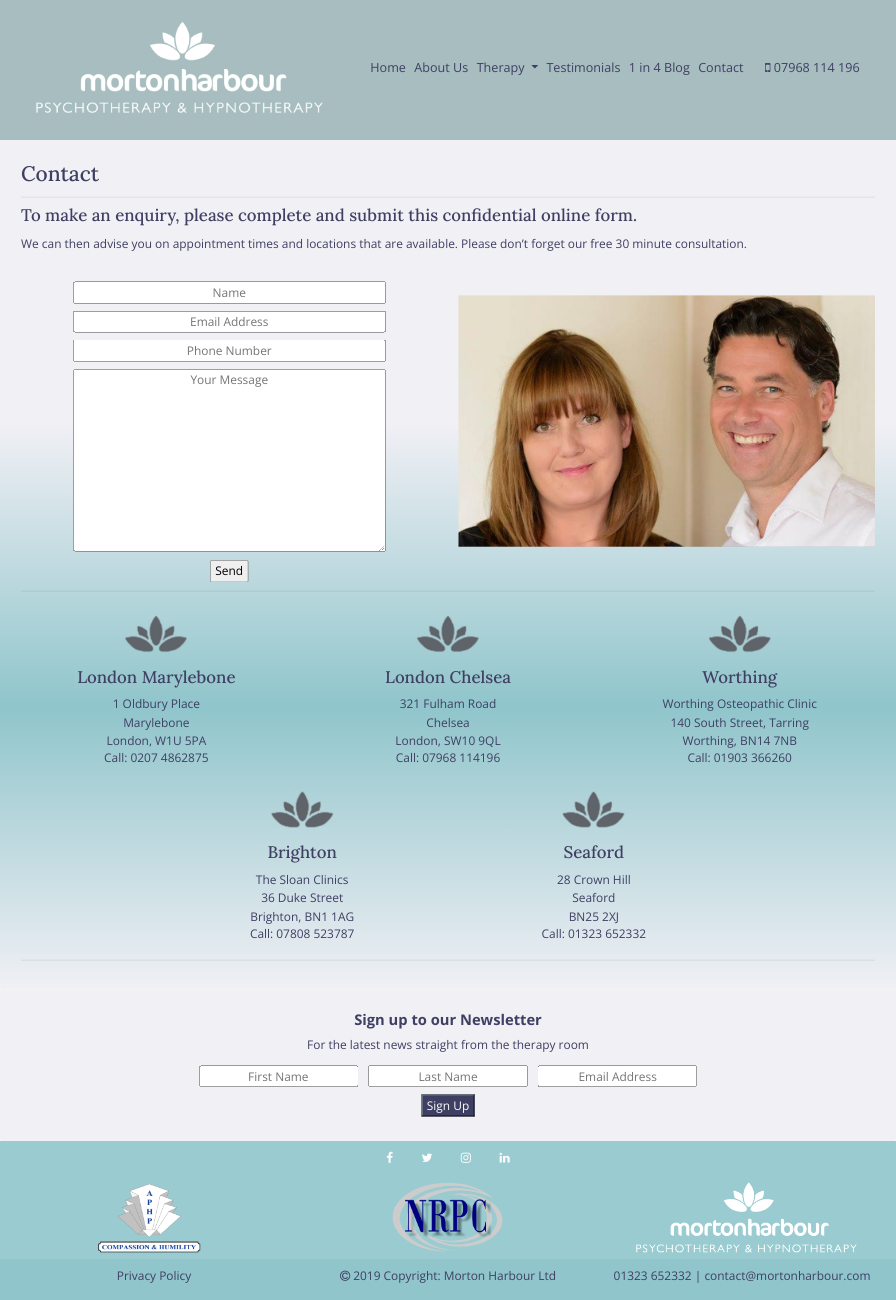
Repository: Code-Institute-Submissions/mortonharbour
Page: contact.html
The author's editor kept a record of every edit. The page is drawn from the files as they stood at one moment, then again after the next edit.
The browser window is 1280 px wide. The pictures show the whole page, at 70% of full size.
Some web libraries are served in a nearby version.

Above is the page before.

### contact.html
<!DOCTYPE html>
<html lang="en">

<head>
    <meta charset="UTF-8">
    <meta name="viewport" content="width=device-width, initial-scale=1.0">
    <meta http-equiv="X-UA-Compatible" content="ie=edge">

    <!--Links to Bootstrap, JavaScript and FontAwesome cdn, customer style.css file-->
    <link rel="stylesheet" href="https://stackpath.bootstrapcdn.com/bootstrap/4.4.0/css/bootstrap.min.css" integrity="sha384-SI27wrMjH3ZZ89r4o+fGIJtnzkAnFs3E4qz9DIYioCQ5l9Rd/7UAa8DHcaL8jkWt" crossorigin="anonymous">
    <link rel="stylesheet" href="https://stackpath.bootstrapcdn.com/font-awesome/4.7.0/css/font-awesome.min.css" type="text/css" />
    <script src="https://code.jquery.com/jquery-3.2.1.slim.min.js" integrity="sha384-KJ3o2DKtIkvYIK3UENzmM7KCkRr/rE9/Qpg6aAZGJwFDMVNA/GpGFF93hXpG5KkN" crossorigin="anonymous"></script>
    <script src="https://cdnjs.cloudflare.com/ajax/libs/popper.js/1.11.0/umd/popper.min.js" integrity="sha384-b/U6ypiBEHpOf/4+1nzFpr53nxSS+GLCkfwBdFNTxtclqqenISfwAzpKaMNFNmj4" crossorigin="anonymous"></script>
    <script src="https://maxcdn.bootstrapcdn.com/bootstrap/4.0.0-beta/js/bootstrap.min.js" integrity="sha384-h0AbiXch4ZDo7tp9hKZ4TsHbi047NrKGLO3SEJAg45jXxnGIfYzk4Si90RDIqNm1" crossorigin="anonymous"></script>

    <link rel="stylesheet" href="assets/css/style.css" />

    <title>Contact</title>
</head>

<body>
    <header>
        <div class="container-fluid">
            <nav class="navbar navbar-expand-lg navbar-light">
                <a href="index.html" class="col-sm-4 logo"><span class="sr-only">Go to our home page</span></a>

                <button class="navbar-toggler" type="button" data-toggle="collapse" data-target="#navbarSupportedContent" aria-controls="navbarSupportedContent" aria-expanded="false" aria-label="Toggle navigation">
            <span class="navbar-toggler-icon"></span>
            </button>
                <div class="collapse navbar-collapse justify-content-end" id="navbarSupportedContent">
                    <ul class="navbar-nav">
                        <li class="nav-item active">
                            <a class="nav-link" href="index.html"><span class="sr-only">Go to our home page</span>Home</a>
                        </li>
                        <li class="nav-item active">
                            <a class="nav-link" href="about_us.html"><span class="sr-only">Learn more about us</span>About Us</a>
                        </li>
                        <li class="nav-item dropdown">
                            <a class="nav-link dropdown-toggle" href="therapy.html" id="navbarDropdown" role="button" data-toggle="dropdown" aria-haspopup="true" aria-expanded="false">
                          Therapy
                        </a>
                            <div class="dropdown-menu" aria-labelledby="navbarDropdown">
                                <a class="dropdown-item" href="psychotherapy.html"><span class="sr-only">Find out about psychotherapy we offer</span>Psychotherapy</a>
                                <a class="dropdown-item" href="hypnotherapy.html"><span class="sr-only">Find out about hypnotherapy we offer</span>Hypnotherapy</a>
                                <a class="dropdown-item" href="emergency_therapy.html"><span class="sr-only">Find out about the emergency appointments we can offer</span>Emergency Appointments</a>
                            </div>
                        </li>
                        <li class="nav-item active">
                            <a class="nav-link" href="testimonials.html"><span class="sr-only">Find out what our clients say</span>Testimonials</a>
                        </li>
                        <li class="nav-item active">
                            <a class="nav-link" href="1-in-4_blog.html"><span class="sr-only">1 in 4 Blog</span>1 in 4 Blog</a>
                        </li>
                        <li class="nav-item active">
                            <a class="nav-link" href="contact.html"><span class="sr-only">Contact Us</span>Contact</a>
                        </li>
                    </ul>
                </div>
                <span id="header-mobile"><a href="tel:#"><i class="fa fa-mobile" aria-hidden="true"></i>
                <span class="sr-only">Call us</span>07968 114 196</a>
                </span>
            </nav>
        </div>
    </header>

    <!--Contact form-->

    <section class="contact-us-form">
        <div class="row">
            <div class="col-sm-12 text-left contact-header">
                <h1>Contact</h1>
                <hr>
                <h2>To make an enquiry, please complete and submit this confidential online form.</h2>
                <p>We can then advise you on appointment times and locations that are available. Please don’t forget our free 30 minute consultation.</p>
            </div>
        </div>
        <div class="row">
            <div class="col-sm-6">
                <div>
                    <form action="#" method="post">
                        <fieldset>
                            <input type="text" name="Name" placeholder="Name" id="name-contact" required/><br>
                            <input type="email" name="Email" placeholder="Email Address" id="email-address-contact" required/><br>
                            <input type="tel" name="Number" placeholder="Phone Number" id="phone-number" required/><br>
                            <textarea name="your-message" cols="40" rows="10" id="your-message" aria-invalid="false" placeholder="Your Message"></textarea>
                        </fieldset>
                        <input type="button" value="Send" id="submit-button-1" data-toggle="modal" data-target="#contactModal" />
                    </form>
                </div>
                <div class="modal fade" id="contactModal" tabindex="-1" role="dialog" aria-labelledby="contactModalLabel" aria-hidden="true">
                    <div class="modal-dialog" role="document">
                        <div class="modal-content">
                            <div class="modal-body">
                                <p>Thank you for your message, we will be in contact with you shortly.</p>
                                <button type="button" class="btn btn-secondary" data-dismiss="modal">Close</button>
                            </div>
                        </div>
                    </div>
                </div>
            </div>
            <div class="col-sm-6 order-first order-sm-1 hope-contact">
                <img src="assets/images/magda-christian.PNG" class="therapy-call-out-image" alt="Image of Magda and Christian">
                <span class="sr-only">image of hope</span>
            </div>
        </div>
        <hr>

        <!--End of contact form-->

        <!--Clinic locations-->


        <div class="row">
            <div class="col-sm-4">
                <img src="assets/images/lotus.PNG" alt="lotus logo">
                <h2>London Marylebone</h2>
                <p>1 Oldbury Place<br> Marylebone
                    <br> London, W1U 5PA<br> Call: 0207 4862875</p>
            </div>
            <div class="col-sm-4">
                <img src="assets/images/lotus.PNG" alt="lotus logo">
                <h2>London Chelsea</h2>
                <p>321 Fulham Road<br> Chelsea
                    <br> London, SW10 9QL<br> Call: 07968 114196</p>
            </div>
            <div class="col-sm-4">
                <img src="assets/images/lotus.PNG" alt="lotus logo">
                <h2>Worthing</h2>
                <p>Worthing Osteopathic Clinic<br> 140 South Street, Tarring<br> Worthing, BN14 7NB<br> Call: 01903 366260</p>
            </div>
        </div>
        <div class="row">
            <div class="col-sm-2"></div>
            <div class="col-sm-4">
                <img src="assets/images/lotus.PNG" alt="lotus logo">
                <h2>Brighton</h2>
                <p>The Sloan Clinics<br> 36 Duke Street<br> Brighton, BN1 1AG<br> Call: 07808 523787</p>
            </div>
            <div class="col-sm-4">
                <img src="assets/images/lotus.PNG" alt="lotus logo">
                <h2>Seaford</h2>
                <p>28 Crown Hill<br> Seaford
                    <br> BN25 2XJ<br> Call: 01323 652332</p>
            </div>
            <div class="col-sm-2"></div>
        </div>
        <hr>
    </section>

    <!--End of Clinic locations-->

    <!--Newsletter Sign Up-->

    <section>
        <div class="card testimonial-cards-rose newsletter-signup">
            <form action="#" method="post">
                <div class="div">
                    <h3><b>Sign up to our Newsletter</b></h3>
                    <p>For the latest news straight from the therapy room</p>
                </div>
                <fieldset>
                    <input type="text" name="Name" placeholder="First Name" id="first-name" required/>
                    <input type="text" name="Surname" placeholder="Last Name" id="last-name" required/>
                    <input type="email" name="Email" placeholder="Email Address" id="email-address" required/><br>
                </fieldset>
                <input type="button" value="Sign Up" id="submit-button" data-toggle="modal" data-target="#newsletterModal" />
            </form>
        </div>
        <div class="modal fade" id="newsletterModal" tabindex="-1" role="dialog" aria-hidden="true">
            <div class="modal-dialog" role="document">
                <div class="modal-content">
                    <div class="modal-body">
                        <p>Thank you for siging up to our newsletter.<br> We have sent you an email to confirm your subscription.</p>
                        <button type="button" class="btn btn-secondary" data-dismiss="modal">Close</button>
                    </div>
                </div>
            </div>
        </div>
        </div>
    </section>

    <!--End of Newsletter Sign Up-->

    <footer class="container-fluid">
        <div class="row">
            <div class="col-sm-12">
                <ul class="list-inline text-center social-media-icons">
                    <li class="list-inline-item">
                        <a target="_blank" href="https://www.facebook.com/MortonHarbour/">
                            <i class="fa fa-facebook" aria-hidden="true"></i>
                            <span class="sr-only">Facebook opens in a new window</span>
                        </a>
                    </li>
                    <li class="list-inline-item">
                        <a target="_blank" href="https://twitter.com/mortonharbour">
                            <i class="fa fa-twitter" aria-hidden="true"></i>
                            <span class="sr-only">Twitter opens in a new window</span>
                        </a>
                    </li>
                    <li class="list-inline-item">
                        <a target="_blank" href="https://www.instagram.com/morton_harbour/">
                            <i class="fa fa-instagram" aria-hidden="true"></i>
                            <span class="sr-only">Instagram opens in a new window</span>
                        </a>
                    </li>
                    <li class="list-inline-item">
                        <a target="_blank" href="https://www.linkedin.com/in/magda-harbour-maphp-51b590b4/">
                            <i class="fa fa-linkedin" aria-hidden="true"></i>
                            <span class="sr-only">LinkedIn opens in a new window></span>
                        </a>
                    </li>
                </ul>
            </div>
        </div>
        <div class="row">
            <a href="https://www.aphp.co.uk/" target="_blank" class="col-sm-4 aphp-logo">
                <span class="sr-only">Visit the APHP website, opens in new window</span>
            </a>
            <a href="https://www.nrpc.co.uk/" target="_blank" class="col-sm-4 nrpc-logo">
                <span class="sr-only">Visit the NRPC website, opens in new window</span>
            </a>
            <a href="index.html" class="col-sm-4 footer-logo">
                <span class="sr-only">Go to our home page</span>
            </a>
        </div>
        <div class="row footer-end">
            <div class="col-sm-4 text-center footer-end-item">
                <a href="privacy_policy.html" target="_blank"><span class="sr-only">Please read our privacy policy, opens in new window</span>Privacy Policy</a>
            </div>
            <div class="col-sm-4 text-center">
                <p><i class="fa fa-copyright" aria-hidden="true"></i> 2019 Copyright: Morton Harbour Ltd</p>
            </div>
            <div class="div col-sm-4 text-center footer-end-item">
                <address><a href="tel:+01323652332">01323 652332 | <span class="sr-only">contact number</span></a><a href="mailto:#">contact@mortonharbour.com
                    <span class="sr-only">email address</span>
                </a>
                </address>
            </div>
        </div>
    </footer>
</body>

</html>

### assets/css/style.css
/*----------------------------------------------Fonts*/

@import url('https://fonts.googleapis.com/css?family=Lora:100,200,300,400,500,600,700|Open+Sans:100,200,300,400,500,600,700');

/*----------------------------------------------Colors*/


.navbar-light .nav-item.active .nav-link {
    color: #3f3f63;
}

#navbarDropdown {
    color: #3f3f63;
}

.dropdown-menu {
    background-color: #fcfcfc;
}

.dropdown-item {
    color: #3f3f63;
}

/*----------------------------------------------Header*/

header {
    margin: 0;
    background-color: #a7bdbf;
}

.logo {
    background: url("../images/logo.png");
    background-position: center;
    margin-left: 25px;
    margin-right: 25px;
    background-repeat: no-repeat;
    background-size: contain;
    min-height: 180px;
    transition: all .5s ease-in-out;
    -moz-transition: all .5s ease-in-out;
    -webkit-transition: all .5s ease-in-out;
    -o-transition: all .5s ease-in-out;
}


/*----------------------------------------------Navigation*/

.container-fluid {
    min-height: 200px;
}

.navbar {
    font-size: 1.5rem;
    font-family: "Open Sans", sans-serif;
    font-weight: 300;
}

.dropdown-menu {
    border: none;
    background-color: transparent;
}

.dropdown-item {
    font-size: 1.15rem;
    font-weight: 300;
}

.navbar-toggler {
    border: none;
}

#header-mobile a {
    color: #3f3f63;
    font-weight: 400;
    padding: 25px;
    display: none;
}

/*--------------------------------------------------------Body*/

html {
    font-size: 10px;
    line-height: 1.5em;
}

h1,
h2 {
    font-family: "Lora", sans-serif;
    margin-bottom: 0.5em;
}

h3,
h4,
h5,
h6 {
    font-family: "Open Sans", sans-serif;
    margin-bottom: 0.5em;
}

body {
    font-family: "Open Sans", sans-serif;
    background-color: #fcfcfc;
    color: #3f3f63;
}

.carousel-display {
    visibility: hidden;
    display: none;
}

.hope-slide {
    visibility: visible;
    display: inline;
}

.main-content-text {
    padding: 25px;
}


#privacy-policy-wording {
    margin: 25px;

}

.privacy-policy-links {
    color: #3f3f63;
}

.privacy-table {
    border-collapse: collapse;
    border-spacing: 0;
    border: 1.5px solid #a7bdbf;
    margin: 10px;
}

.privacy-data {
    border: 1.5px solid #a7bdbf;
    padding: 10px 5px;
    text-align: center;
}

.website-links {
    color: #8fc5cb;
}

.img-fluid {
    padding: 10px;
}

.quote-icons {
    max-height: 50px;
    max-width: 50px;
}

.card-deck {
    padding: 15px;
}

.testimonial-cards-olive {
    background-color: #F5F6F2;
    color: #3f3f63;
    border: none;
}

.testimonial-cards-rose {
    background-color: #F1F0F5;
    color: #3f3f63;
    border: none;
}

.caption-text {
    padding-top: 25px;
}

.card-outer {
    padding: 0;
}

.card-links {
    color: #3f3f63;
}

.why-us-bullets {
    min-height: 25px;
    padding-top: 15px;
}

.collapse-bullets-one {
    font-size: 13px;
    color: #3f3f63;
    background-color: #F5F6F2;
}

.collapse-bullets-two {
    font-size: 13px;
    color: #3f3f63;
    background-color: #F1F0F5;
}

.therapy-call-out-section {
    background-color: #F1F0F5;
    padding: 25px;
}

.therapy-call-out-image {
    max-width: 100%;
    height: auto;
    vertical-align: top;
}

.hypnotherapy-call-out-image {
    max-width: 100%;
    height: auto;
    vertical-align: top;
}

ul {
    list-style-type: none;
}

.list-symptoms {
    background-color: transparent;
    border: none;
    line-height: 1.75em;
    list-style-position: inside;
    text-indent: -1em;
}

.contact-header {
    padding-bottom: 25px;
}

.hope-contact {
    padding-top: 25px;
    padding-bottom: 25px;
}

.order-last {
  -webkit-box-ordinal-group: 14;
  -ms-flex-order: 13;
  order: 13;
}

.blog-card {
    border: solid 0.5px #3f3f63;
    position: relative;
}

#blog-img {
    max-width: 75%;
    padding-bottom: 15px;
    background-size: contain;
}

.figure-caption {
    padding-left: 25px;
    padding-right: 25px;
    padding-bottom: 25px;
}

#blog-headings {
    color: #525273;
    font-weight: 500;
    text-shadow: 1px 0.75px 2px #3f3f63;
}

.blog-sidebar {
    padding-left: 50px;
    padding-right: 50px;
    position: relative;
}

.ordered-list {
    padding: 5px;
}

.aside-list {
    padding-left: 0px;
}

.aside-links a {
    color: #3f3f63;
}

/*--------------------------------------------------------Form*/

.newsletter-signup {
    min-height: 75px;
    text-align: center;
    padding: 30px;
    background-color: #F1F0F5;
    color: #3f3f63;
}


#first-name {
    margin: 5px;
    text-align: center;
}

#last-name {
    margin: 5px;
    text-align: center;
}

#email-address {
    margin: 5px;
    text-align: center;
}

#submit-button {
    margin: 5px;
    background-color: #3f3f63;
    border-color: #6c757d;
    color: #fcfcfc;
}

.modal-body {
    background-color: #fcfcfc;
    border: none;
}

[data-toggle~="collapse"] {
    cursor: pointer;
}

.contact-us-form {
    background: linear-gradient(#F1F0F5, #F1F0F5, #8fc5cb, #F1F0F5);
    min-height: 75px;
    text-align: center;
    padding: 30px;
    color: #3f3f63;
}

#name-contact {
    margin: 5px;
    text-align: center;
    width: 75%;
}

#phone-number {
    margin: 5px;
    text-align: center;
    width: 75%;
}

#your-message {
    margin: 5px;
    text-align: center;
    width: 75%;
}

#email-address-contact {
    margin: 5px;
    text-align: center;
    width: 75%;
}

/*----------------------------------------------Footer*/

footer {
    margin: 0;
    background-color: #9acbd0;
    min-height: 180px;
}

.social-media-icons li a i {
    color: #fcfcfc;
    padding: 15px;
}

.footer-logo {
    background: url("../images/footer-logo.png");
    background-position: center;
    padding: 15px 25px;
    background-repeat: no-repeat;
    background-size: contain;
    min-height: 100px;
    margin-bottom: 10px;
    transition: all .5s ease-in-out;
    -moz-transition: all .5s ease-in-out;
    -webkit-transition: all .5s ease-in-out;
    -o-transition: all .5s ease-in-out;
}

.aphp-logo {
    background: url("../images/aphp-logo.png");
    background-position: center;
    padding: 15px 25px;
    background-repeat: no-repeat;
    background-size: contain;
    min-height: 100px;
    margin-bottom: 10px;
    transition: all .5s ease-in-out;
    -moz-transition: all .5s ease-in-out;
    -webkit-transition: all .5s ease-in-out;
    -o-transition: all .5s ease-in-out;
}

.nrpc-logo {
    background: url("../images/nrpc-logo.png");
    background-position: center;
    padding: 15px 25px;
    background-repeat: no-repeat;
    background-size: contain;
    min-height: 100px;
    margin-bottom: 10px;
    transition: all .5s ease-in-out;
    -moz-transition: all .5s ease-in-out;
    -webkit-transition: all .5s ease-in-out;
    -o-transition: all .5s ease-in-out;
}

.footer-end {
    padding: 10px;
    background-color: #8fc5cb;
    color: #3f3f63;
}

.footer-end-item a {
    text-decoration: none;
    color: #3f3f63;
}

.footer-end-item a:hover {
    color: #fcfcfc;
}

/*----------------------------------------------Hover*/

#submit-button:hover {
    background-color: #e7edeb;
    border-color: #fcfcfc;
    color: #3f3f63;
    font-weight: 600;
    transition: all 1s ease-in-out;
    -webkit-transition: all 1s ease-in-out;
    -o-transition: all 1s ease-in-out;
    -moz-transition: all 1s ease-in-out;
}

.navbar-light .nav-item.active .nav-link:hover {
    text-decoration: none;
    color: #e7edeb;
}

#header-mobile a:hover {
    text-decoration: none;
    color: #e7edeb;
}

#navbarDropdown:hover {
    color: #e7edeb;
}

.dropdown-item:hover {
    background-color: transparent;
    color: #e7edeb;
}

.social-media-icons li a i:hover {
    text-decoration: none;
    color: #3f3f63;
}

.privacy-policy-links:hover {
    text-decoration: none;
    color: #8fc5cb;
}

.website-links:hover {
    text-decoration: none;
    color: #3f3f63;
}

.img-fluid:hover {
    filter: grayscale(75%);
    cursor: pointer;
    transition: all 1s ease-in-out;
    -webkit-transition: all 1s ease-in-out;
    -o-transition: all 1s ease-in-out;
    -moz-transition: all 1s ease-in-out;
}

.card-links:hover {
    text-decoration: none;
    color: #8fc5cb;
}

.hvr-shadow {
    display: inline-block;
    vertical-align: middle;
    -webkit-transform: perspective(1px) translateZ(0);
    transform: perspective(1px) translateZ(0);
    box-shadow: 0 0 1px rgba(0, 0, 0, 0);
    -webkit-transition-duration: 0.3s;
    transition-duration: 0.3s;
    -webkit-transition-property: box-shadow;
    transition-property: box-shadow;
}

.hvr-shadow:hover,
.hvr-shadow:focus,
.hvr-shadow:active {
    box-shadow: 0 10px 10px -10px rgba(143, 197, 203, 0.5);
    cursor: pointer;
    color: #3f3f63;
}

.aside-links a:hover {
    text-decoration: none;
    color: #8fc5cb;
}

/*----------------------------------------------Media Queries*/

/* Small devices (under 576px */

@media (min-width: 0px) {
    .navbar-nav {
        text-align: center;
    }
    .navbar-toggler {
        position: relative;
        left: 50%;
        transform: translatex(-50%);
    }
 website   body {
        text-align: left;
    }
}

/* Small devices (landscape phones, 576px and up) */

@media (min-width: 576px) {
    .navbar-toggler {
        margin-top: 15px;
    }
    body {
        text-align: left;
    }
}

/* Medium devices (tablets, 768px and up) */


@media (min-width:768px) {
    .navbar-toggler {
        position: static;
    }
    body {
        text-align: justify;
    }
    .carousel-display {
        visibility: visible;
        display: inline;
    }
    .hope-slide {
    visibility: hidden;
    display: none;
    }
}

@media screen and (min-width: 320px) {
    html {
        font-size: calc(8px + 6 * ((100vw - 320px) / 680));
    }
    body {
        font-size: calc(14px + (26 - 14) * ((100vw - 300px) / (1600 - 300)));
    }
}

@media screen and (min-width: 1000px) {
    html {
        font-size: 12px;
    }
    body {
        font-size: calc(8px + (26 - 14) * ((100vw - 300px) / (1600 - 300)));
    }
     #header-mobile a {
    display: block;
    }
}

After the next edit:
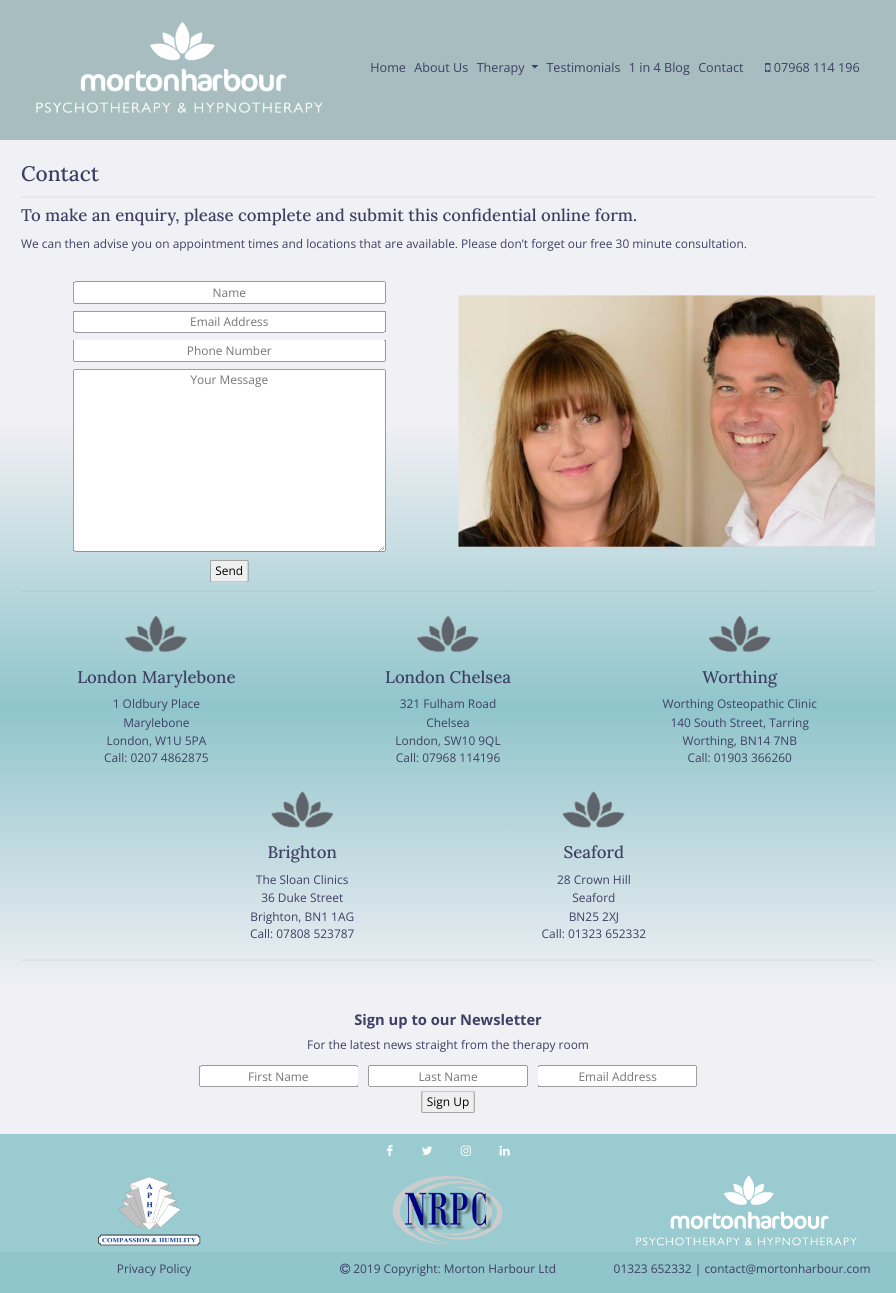
The edit:
--- a/contact.html
+++ b/contact.html
@@ -163,7 +163,7 @@
                     <input type="text" name="Surname" placeholder="Last Name" id="last-name" required/>
                     <input type="email" name="Email" placeholder="Email Address" id="email-address" required/><br>
                 </fieldset>
-                <input type="button" value="Sign Up" id="submit-button" data-toggle="modal" data-target="#newsletterModal" />
+                <input type="button" value="Sign Up" id="submit-button-2" data-toggle="modal" data-target="#newsletterModal" />
             </form>
         </div>
         <div class="modal fade" id="newsletterModal" tabindex="-1" role="dialog" aria-hidden="true">
